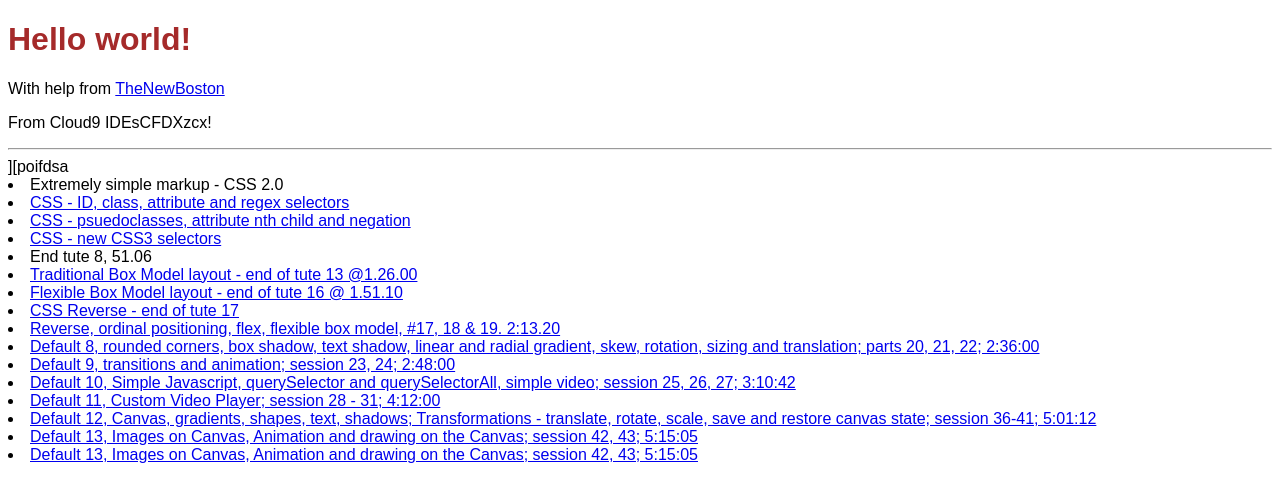
Repository: jksfoTemp/HTML5
Page: index.html
The author's editor kept a record of every edit. The page is drawn from the files as they stood at one moment, then again after the next edit.
The browser window is 1280 px wide. The pictures show the whole page.

Above is the page before.

### index.html
    <!DOCTYPE html>

<!--
    This is an HTML page that contains a CSS and a Javascript file.

    Run this sample by clicking the 'Preview' button on top;
    a new tab will open with the current page open.
-->
<html lang="en">
    <head>
        <meta charset="utf-8" />
        <title>Hello world from Cloud9!</title>
        <link rel="stylesheet" href="css/default.0.css" type="text/css"/>
    </head>

    <body>
        <header>
            <h1>Hello world!</h1>
            With help from <a href="https://www.youtube.com/watch?v=k0f9pC8b3wM">TheNewBoston</a>
            <p class="tagline"></p>
        </header>
        <hr/>

        <nav>][poifdsa
            <li><a href0="default.0.html">Extremely simple markup - CSS 2.0</a></li>
            <li><a href="default.1.html">CSS - ID, class, attribute and regex selectors</a></li>
            <li><a href="default.2.html">CSS - psuedoclasses, attribute nth child and negation </a></li>
            <li><a href="default.3.html">CSS - new CSS3 selectors </a></li>
            <li>End tute 8, 51.06</li>
            <li><a href="default.4.html">Traditional Box Model layout - end of tute 13 @1.26.00 </a></li>
            <li><a href="default.5.html">Flexible Box Model layout - end of tute 16 @ 1.51.10 </a></li>
            <li><a href="default.6.html">CSS Reverse - end of tute 17 </a></li>
            <li><a href="default.7.html">Reverse, ordinal positioning, flex, flexible box model, #17, 18 & 19. 2:13.20</a></li>
            <li><a href="default.8.html">Default 8, rounded corners, box shadow, text shadow, linear and radial gradient, skew, rotation, sizing and translation; parts 20, 21, 22; 2:36:00</a></li>
            <li><a href="default.9.html">Default 9, transitions and animation; session 23, 24; 2:48:00</a></li>
            <li><a href="default.10.html">Default 10,  Simple Javascript, querySelector and querySelectorAll, simple video; session 25, 26, 27; 3:10:42  </a></li>        </nav>
            <li><a href="default.11.html">Default 11,  Custom Video Player; session 28 - 31; 4:12:00  </a></li>
            <li><a href="default.12.html">Default 12, Canvas, gradients, shapes,
                text, shadows; Transformations - translate, rotate, scale,
                save and restore canvas state; session 36-41; 5:01:12 </a></li>
            <li><a href="default.13.html">Default 13, Images on Canvas, Animation and drawing on the Canvas;
                session 42, 43; 5:15:05</a></li>
            <li><a href="default.12.html">Default 13, Images on Canvas, Animation and drawing on the Canvas;
                session 42, 43; 5:15:05</a></li>

        </nav>

        <!-- load scripts at the bottom of your page -->
        <script src="js/site.js"></script>
    </body>
</html>

### css/default.0.css
body {
    font-family: Arial;
}

h1 {
    color: brown ;
}

### js/site.js
document.addEventListener("DOMContentLoaded", function () {
    var tagline = document.querySelector("p.tagline");
    tagline.innerText = "From Cloud9 IDEsCFDXzcx!";
});

After the next edit:
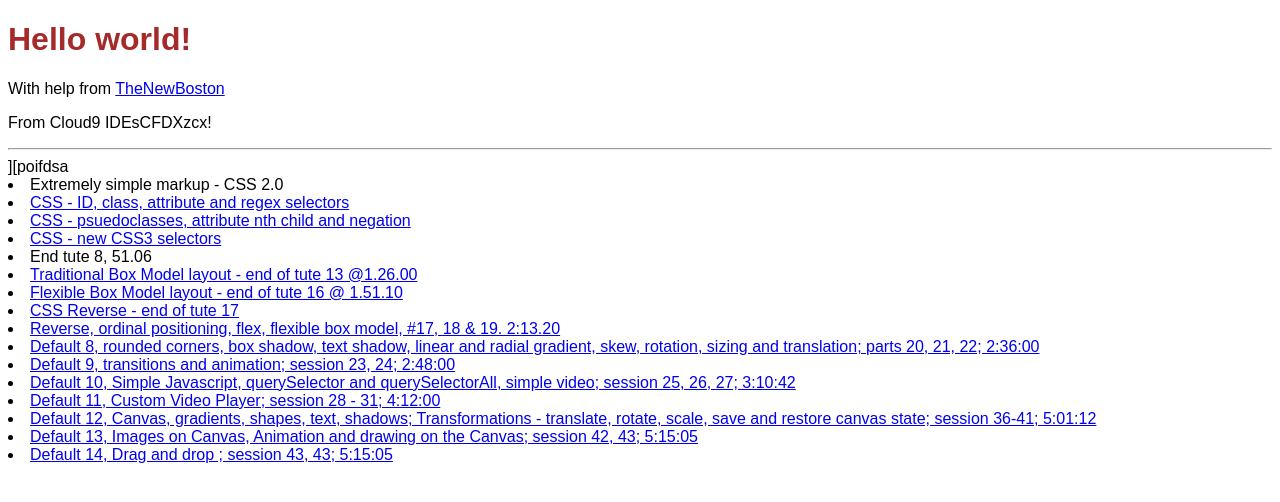
The edit:
--- a/index.html
+++ b/index.html
@@ -40,8 +40,7 @@
                 save and restore canvas state; session 36-41; 5:01:12 </a></li>
             <li><a href="default.13.html">Default 13, Images on Canvas, Animation and drawing on the Canvas;
                 session 42, 43; 5:15:05</a></li>
-            <li><a href="default.12.html">Default 13, Images on Canvas, Animation and drawing on the Canvas;
-                session 42, 43; 5:15:05</a></li>
+            <li><a href="default.14.html">Default 14, Drag and drop ; session 43, 43; 5:15:05</a></li>
 
         </nav>
 
